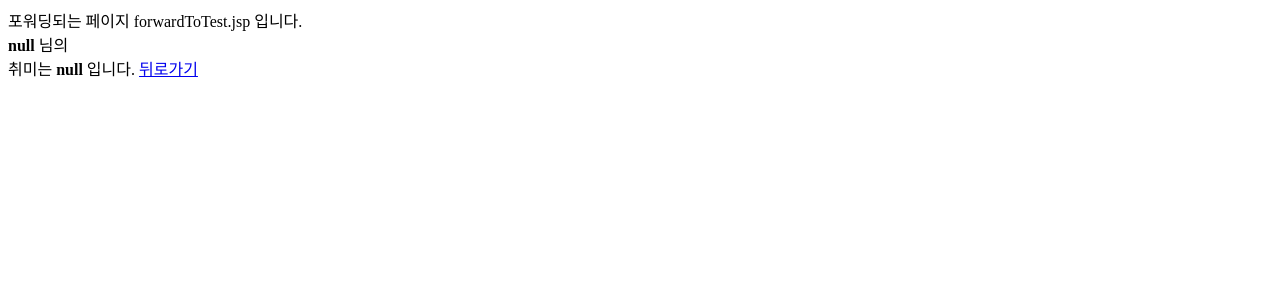
Repository: matodale/StudyJSP
Page: http://localhost/StudyJSP/ch08/forwardTest.jsp
The author's editor kept a copy of each file at every save. The page is drawn from the files as they stood at one save, then again after the next save.
The browser window is 1280 px wide. The pictures show the whole page.
The page is served by Tomcat 9.

Above is the page before, as saved 2022-12-21 13:24:18.

After the next save:
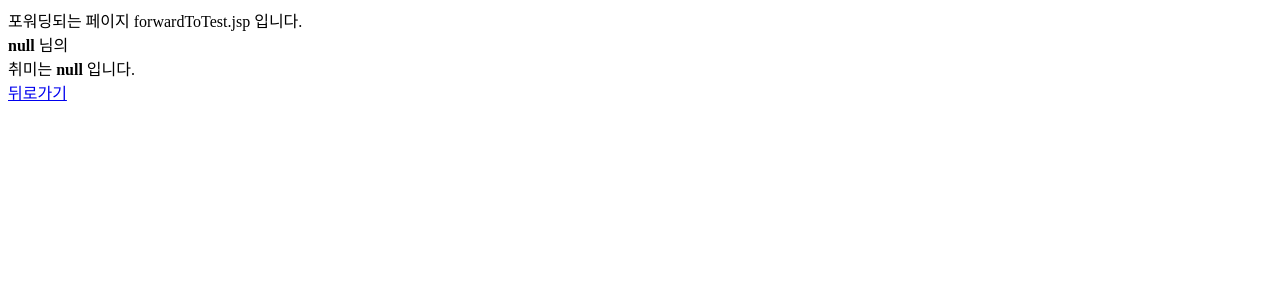
Saved 19 s later.
--- a/StudyJSP/src/main/webapp/ch08/forwardToTest.jsp
+++ b/StudyJSP/src/main/webapp/ch08/forwardToTest.jsp
@@ -6,5 +6,5 @@ String hobby = request.getParameter("hobby");
 %>
 포워딩되는 페이지 forwardToTest.jsp 입니다. <br>
 <b><%=id %></b> 님의 <br>
-취미는 <b><%=hobby %></b> 입니다.
+취미는 <b><%=hobby %></b> 입니다.<br>
 <a href="forwardTestForm.jsp">뒤로가기</a>
